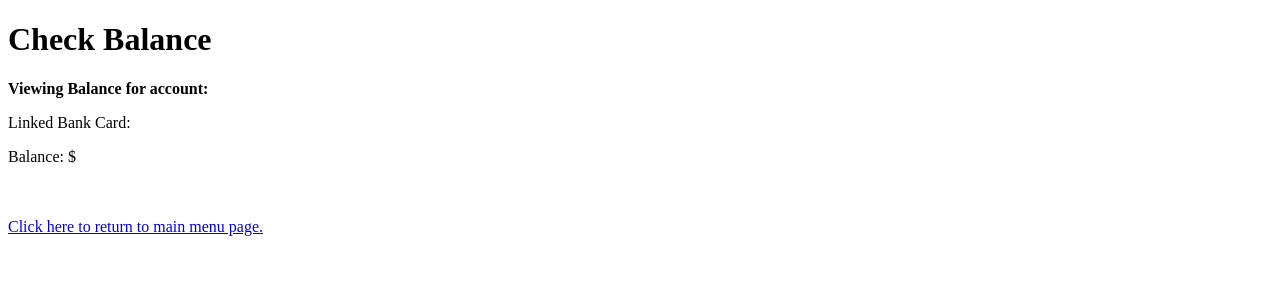
Repository: kingron98/SoftEng-Bank-Web-Application-
Page: http://localhost/SE3_BankWebApp/checkBalance.jsp
The author's editor kept a copy of each file at every save. The page is drawn from the files as they stood at one save, then again after the next save.
The browser window is 1280 px wide. The pictures show the whole page.
The page is served by Tomcat 9.

Above is the page before, as saved 2020-12-13 16:26:02.

After the next save:
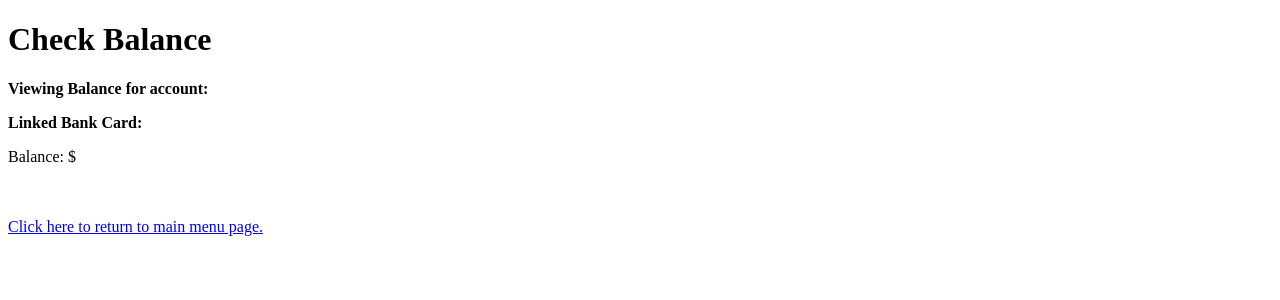
Saved 13 s later.
--- a/SE3 Bank App/Java/Workspace/SE3_BankWebApp/WebContent/checkBalance.jsp
+++ b/SE3 Bank App/Java/Workspace/SE3_BankWebApp/WebContent/checkBalance.jsp
@@ -19,7 +19,7 @@
 	<c:set var="bankaccount" value="${sessionScope.bankaccount}"/>
 	<c:set var="customer" value="${sessionScope.customer}"/>
 	<p><b>Viewing Balance for account:</b> <c:out value="${bankaccount.accountId}"/></p>
-	<p>Linked Bank Card: <c:out value="${customer.linkedBankCard}"/></p>
+	<p><b>Linked Bank Card:</b></b> <c:out value="${customer.linkedBankCard}"/></p>
 	<p>Balance: $<c:out value="${bankaccount.balance}"/></p>
 	<br/>
 	<br/>
